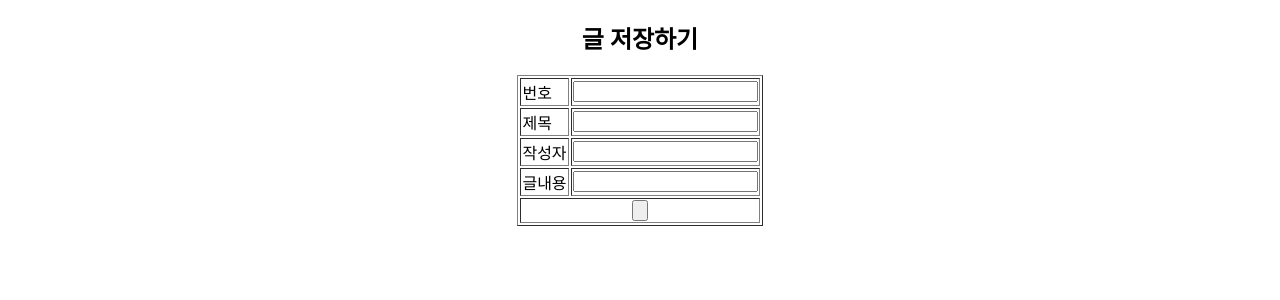
Repository: keechan/eclipse-sts3
Page: http://localhost/BoardWeb1013/board.jsp
The author's editor kept a copy of each file at every save. The page is drawn from the files as they stood at one save, then again after the next save.
The browser window is 1280 px wide. The pictures show the whole page.
The page is served by Tomcat 9. Nobody is signed in. The application's start-up code is not run. Other server files are loaded and not shown.

Above is the page before, as saved 2023-10-13 04:07:27.

### BoardWeb1013/src/main/webapp/board.jsp
<%@ page language="java" contentType="text/html; charset=UTF-8"
    pageEncoding="UTF-8"%>
<!DOCTYPE html>
<html>
<head>
<meta charset="UTF-8">
<title>Insert title here</title>
</head>
<body>
	<div align="center">
	<h2>글 저장하기</h2>
	<form action="insertBoard.do">
		<table border=1>
			<tr>
				<td>번호</td>
				<td><input type=text name="seq"></td></tr>
			<tr>
				<td>제목</td>
				<td><input type=text name="title"></td></tr>
			<tr>
				<td>작성자</td>
				<td><input type=text name="writer"></td></tr>
			<tr>
				<td>글내용</td>
				<td>
					<input type=textarea cols=40 rows=4 name="content">
				</td>
			</tr>
			<tr>
				<td colspan=2 align="center">
				<input type=button name="content"></td>
			</tr>
		</table>
	</form>
	</div>
</body>
</html>

After the next save:
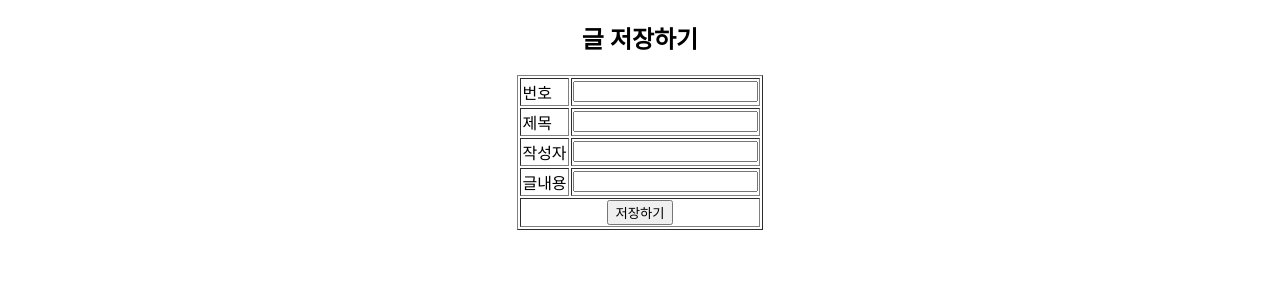
Saved 51 s later.
--- a/BoardWeb1013/src/main/webapp/board.jsp
+++ b/BoardWeb1013/src/main/webapp/board.jsp
@@ -28,7 +28,7 @@
 			</tr>
 			<tr>
 				<td colspan=2 align="center">
-				<input type=button name="content"></td>
+				<input type=button value="저장하기"></td>
 			</tr>
 		</table>
 	</form>
